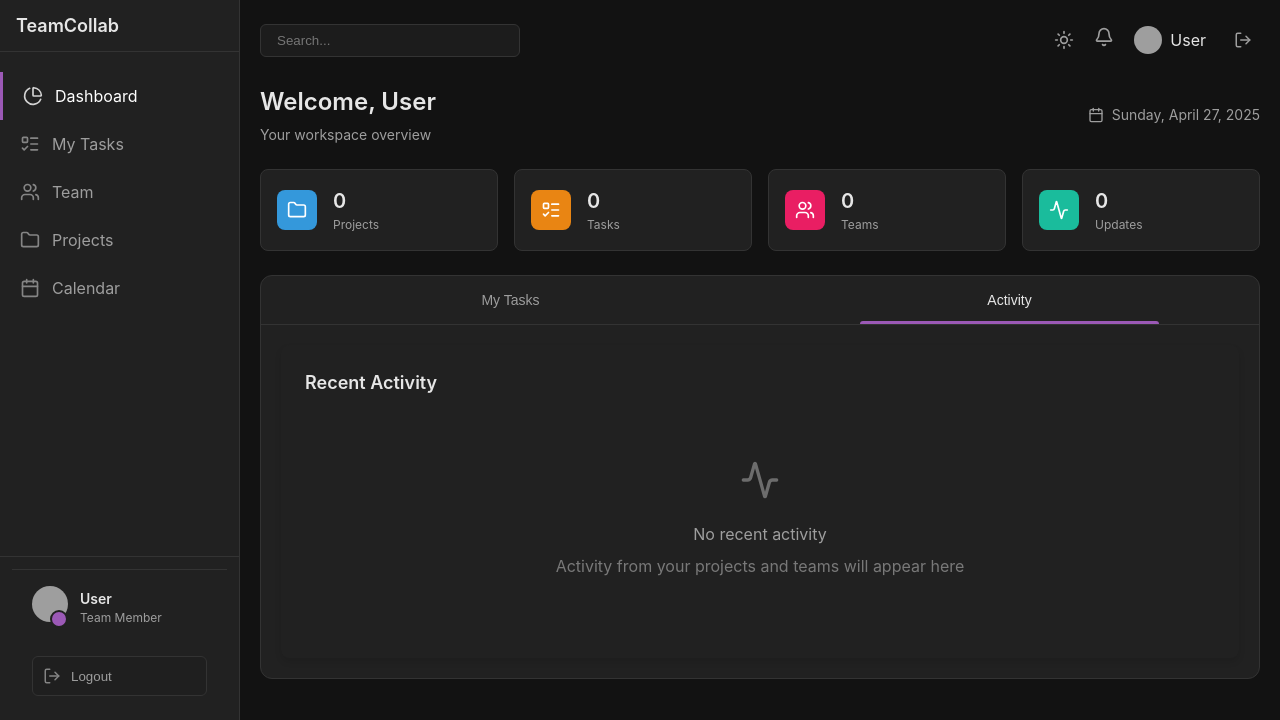
Repository: AnooshaaAli/TaskManagementAndTeamCollaborationTool
Page: /dashboard (app in frontend/)
An editor plug-in stored every save of this project. The page is shown before and after the next save, followed by the edit.
The browser window is 1280 px wide. The pictures show the whole page.
Pictures or frames that could not be fetched are drawn as grey boxes. The page's requests for data from a server got no answer. The project was rebuilt for these pictures with package versions that can differ from the ones it lists, and the page was loaded fresh each time. No one was signed in, and anything a server would have sent is missing. Also part of the build but not shown: frontend/src/App.css, frontend/src/components/Button.jsx, frontend/src/components/Input.jsx, frontend/src/components/Rope.jsx, frontend/src/styles/logo.css, frontend/src/components/Logo.jsx, frontend/src/pages/LoginPage.jsx, frontend/src/pages/RegisterPage.jsx and 29 more.

Above is the page before, as saved 2025-04-27 23:19:09.

After the next save:
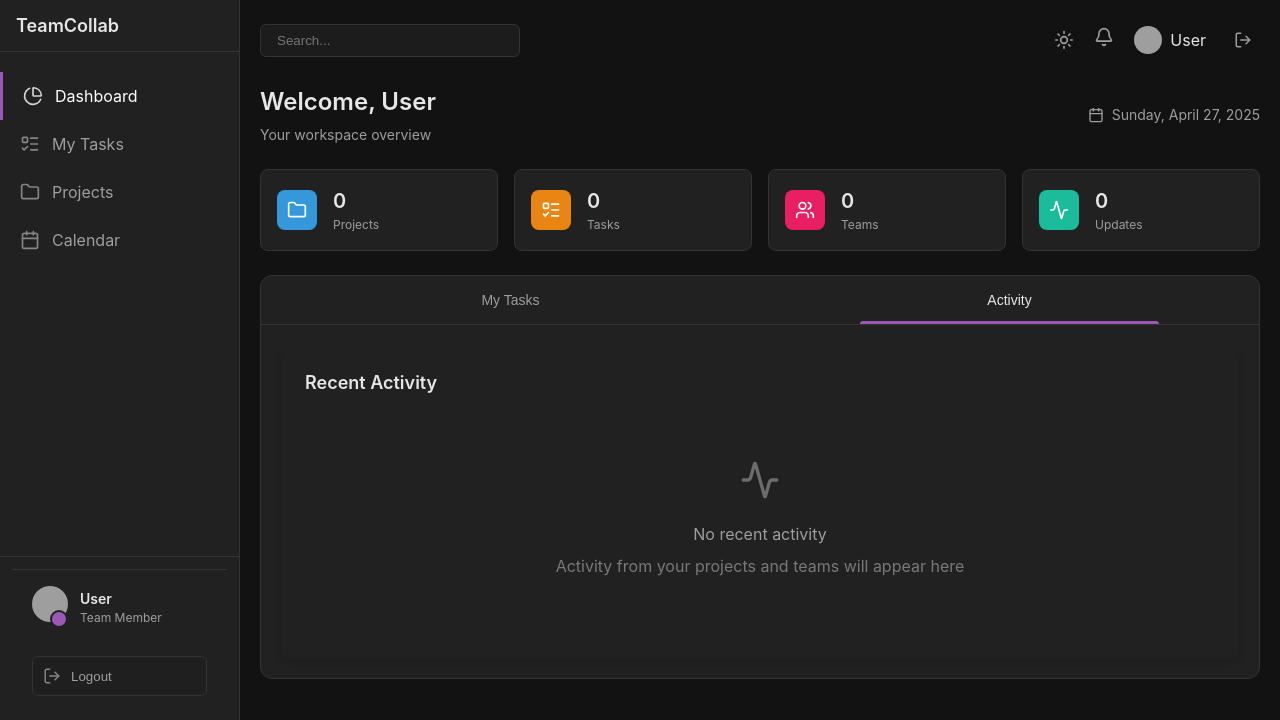
Saved 4 s later.
--- a/frontend/src/pages/Dashboard.jsx
+++ b/frontend/src/pages/Dashboard.jsx
@@ -233,10 +233,6 @@
             <li>
               <ListTodo size={20} className="nav-icon" />
               <span>My Tasks</span>
-            </li>
-            <li>
-              <Users size={20} className="nav-icon" />
-              <span>Team</span>
             </li>
             <li onClick={navigateToProjects} style={{ cursor: 'pointer' }}>
               <Folder size={20} className="nav-icon" />
